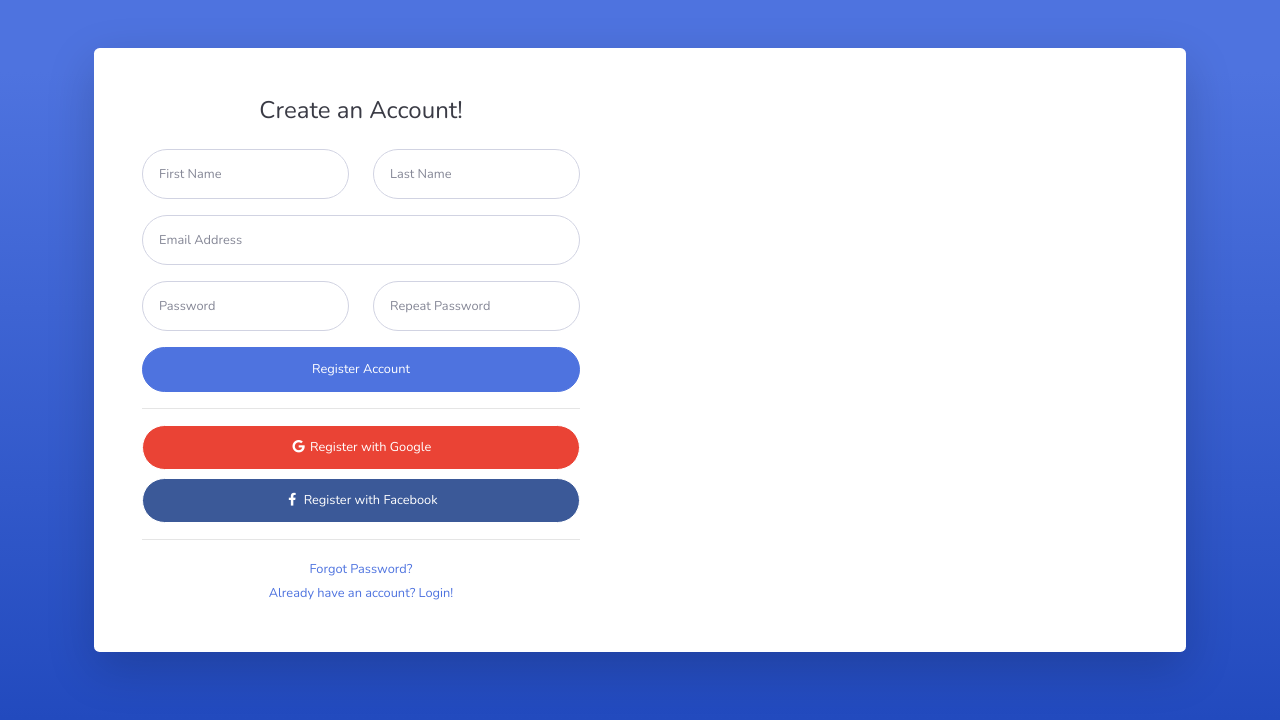
Repository: TuanLe8899/SpringBootProject
Page: http://localhost/register
An editor plug-in stored every save of this project. The page is shown before and after the next save, followed by the edit.
The browser window is 1280 px wide. The pictures show the whole page.
The page is this project's Thymeleaf template; nobody is signed in. Other server files are loaded and not shown. The template is opened directly, without the code that normally fills it, so the values that code supplies are empty.

Above is the page before, as saved 2022-08-24 14:53:49.

### complaint_management/src/main/resources/templates/register.html
<!DOCTYPE html>
<html lang="en" xmlns="http://www.w3.org/1999/xhtml" xmlns:th="http://www.thymeleaf.org"
    xmlns:sec="http://www.thymeleaf.org" xmlns:layout="http://www.ultraq.net.nz/thymeleaf/layout">

<head>

    <meta charset="utf-8">
    <meta http-equiv="X-UA-Compatible" content="IE=edge">
    <meta name="viewport" content="width=device-width, initial-scale=1, shrink-to-fit=no">
    <meta name="description" content="">
    <meta name="author" content="">

    <title>register</title>

    <!-- Custom fonts for this template-->
    <link th:href="@{/vendor/fontawesome-free/css/all.min.css}" rel="stylesheet" type="text/css">
    <link
        href="https://fonts.googleapis.com/css?family=Nunito:200,200i,300,300i,400,400i,600,600i,700,700i,800,800i,900,900i"
        rel="stylesheet">

    <!-- Custom styles for this template-->
    <link th:href="@{/css/sb-admin-2.min.css}" rel="stylesheet">

</head>

<body class="bg-gradient-primary">

    <div class="container">

        <div class="card o-hidden border-0 shadow-lg my-5">
            <div class="card-body p-0">
                <!-- Nested Row within Card Body -->
                <div class="row">
                    <div class="col-6">
                        <div class="p-5">
                            <div class="text-center">
                                <h1 class="h4 text-gray-900 mb-4">Create an Account!</h1>
                            </div>
                            <form class="user">
                                <div class="form-group row">
                                    <div class="col-sm-6 mb-3 mb-sm-0">
                                        <input type="text" class="form-control form-control-user" id="exampleFirstName"
                                            placeholder="First Name">
                                    </div>
                                    <div class="col-sm-6">
                                        <input type="text" class="form-control form-control-user" id="exampleLastName"
                                            placeholder="Last Name">
                                    </div>
                                </div>
                                <div class="form-group">
                                    <input type="email" class="form-control form-control-user" id="exampleInputEmail"
                                        placeholder="Email Address">
                                </div>
                                <div class="form-group row">
                                    <div class="col-sm-6 mb-3 mb-sm-0">
                                        <input type="password" class="form-control form-control-user"
                                            id="exampleInputPassword" placeholder="Password">
                                    </div>
                                    <div class="col-sm-6">
                                        <input type="password" class="form-control form-control-user"
                                            id="exampleRepeatPassword" placeholder="Repeat Password">
                                    </div>
                                </div>
                                <a href="login.html" class="btn btn-primary btn-user btn-block">
                                    Register Account
                                </a>
                                <hr>
                                <a href="index.html" class="btn btn-google btn-user btn-block">
                                    <i class="fab fa-google fa-fw"></i> Register with Google
                                </a>
                                <a href="index.html" class="btn btn-facebook btn-user btn-block">
                                    <i class="fab fa-facebook-f fa-fw"></i> Register with Facebook
                                </a>
                            </form>
                            <hr>
                            <div class="text-center">
                                <a class="small" href="forgot-password.html">Forgot Password?</a>
                            </div>
                            <div class="text-center">
                                <a class="small" href="login.html">Already have an account? Login!</a>
                            </div>
                        </div>
                    </div>
                </div>
            </div>
        </div>

    </div>

    <!-- Bootstrap core JavaScript-->
    <script th:src="@{/vendor/jquery/jquery.min.js}"></script>
    <script th:src="@{/vendor/bootstrap/js/bootstrap.bundle.min.js}"></script>

    <!-- Core plugin JavaScript-->
    <script th:src="@{/vendor/jquery-easing/jquery.easing.min.js}"></script>

    <!-- Custom scripts for all pages-->
    <script th:src="@{/js/sb-admin-2.min.js}"></script>

</body>

</html>

Loaded but not shown: complaint_management/src/main/resources/static/css/sb-admin-2.min.css (library); complaint_management/src/main/resources/static/js/sb-admin-2.min.js (common file)

After the next save:
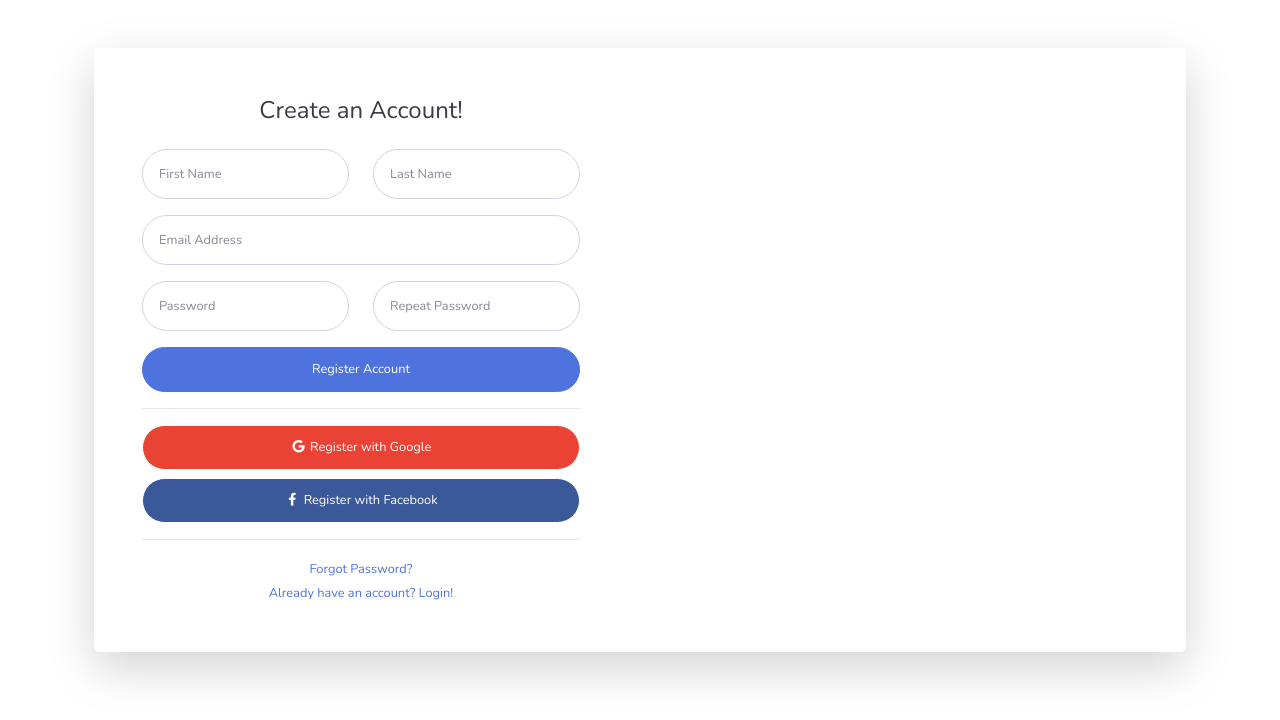
Saved 82 s later.
--- a/complaint_management/src/main/resources/templates/register.html
+++ b/complaint_management/src/main/resources/templates/register.html
@@ -23,7 +23,7 @@
 
 </head>
 
-<body class="bg-gradient-primary">
+<body class="">
 
     <div class="container">
 

After the save that followed:
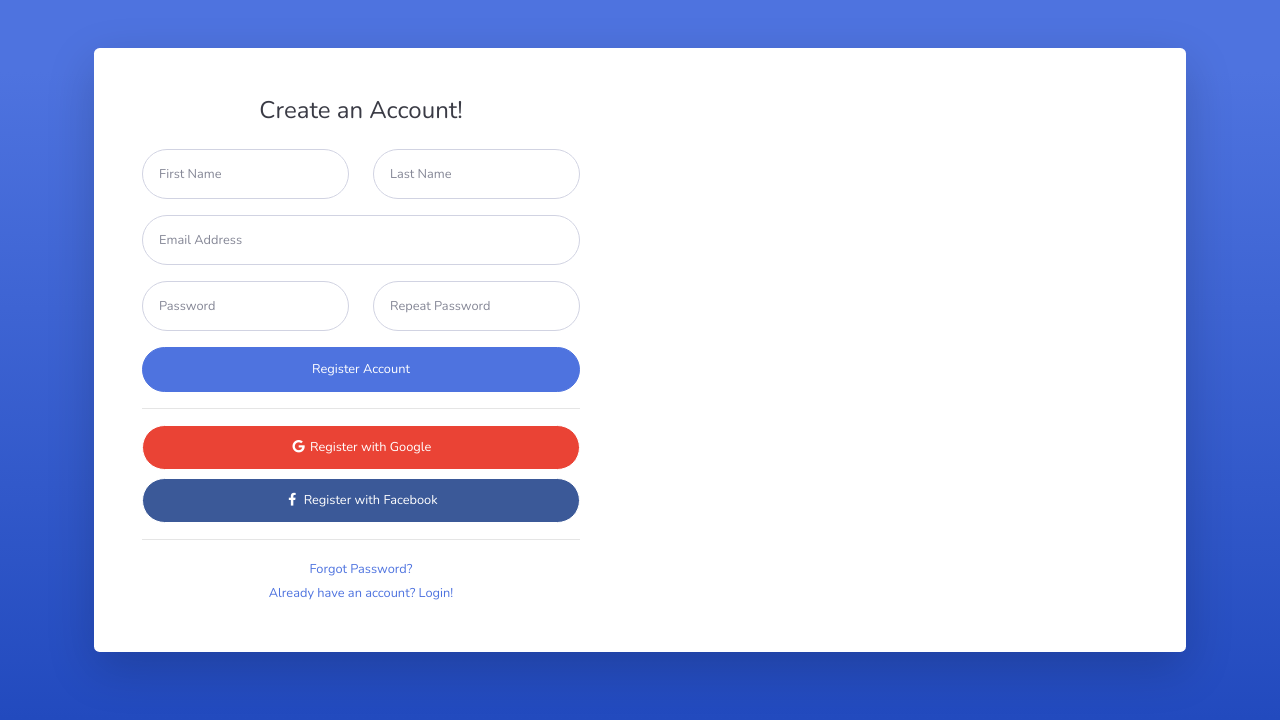
Saved 7 s later.
--- a/complaint_management/src/main/resources/templates/register.html
+++ b/complaint_management/src/main/resources/templates/register.html
@@ -23,7 +23,7 @@
 
 </head>
 
-<body class="">
+<body class="bg-gradient-primary">
 
     <div class="container">
 
